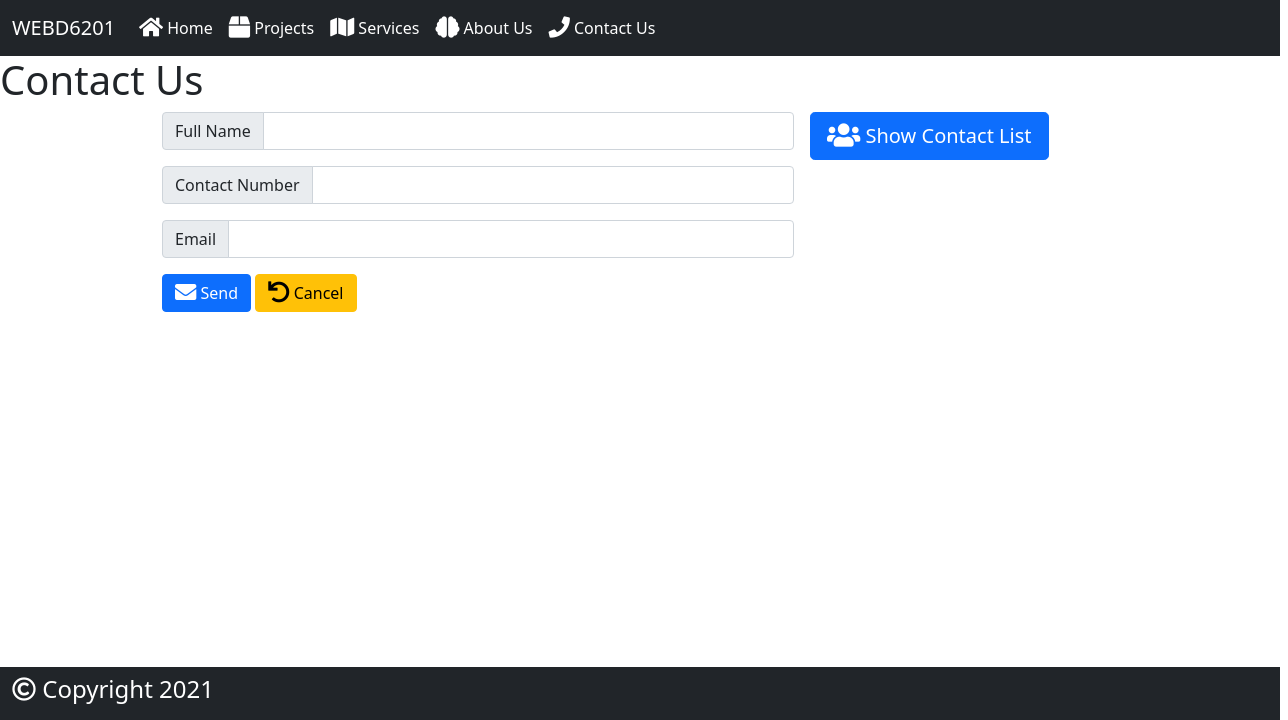
Repository: AshokSasi/WEBD6201-ASasi-JYuan-Lab2
Page: contact.html
These files come from the project's save history. The page is drawn as it stood at one moment and after the next save; the edit follows.
The browser window is 1280 px wide. The page is 1288 px wide, then 1280 px, so the pictures cover 1288 px, including what lies to the right of the window. The pictures show the whole page.

Above is the page before, as saved 2021-01-28 20:34:21.
Not found: Scripts/contact.js

### contact.html
<!DOCTYPE html>
<html lang="en">
<head>
    <meta charset="UTF-8">
    <meta name="viewport" content="width=device-width, initial-scale=1.0">
    <title>Contact Us</title>
    <!-- CSS Section-->
    <link rel="stylesheet" href="./Content/app.css">
    <link rel="stylesheet" href="./node_modules/bootstrap/dist/css/bootstrap.min.css">
    <link rel="stylesheet" href="./node_modules/@fortawesome/fontawesome-free/css/all.min.css">
</head>
<body>
  <!-- Main Header -->
  <header>
    <!--main navbar-->
      <nav class="navbar navbar-expand-lg navbar-dark bg-dark">
          <div class="container-fluid">
            <a class="navbar-brand" href="index.html">WEBD6201</a>
            <button class="navbar-toggler" type="button" data-bs-toggle="collapse" data-bs-target="#navbarSupportedContent" aria-controls="navbarSupportedContent" aria-expanded="false" aria-label="Toggle navigation">
              <span class="navbar-toggler-icon"></span>
            </button>
            <div class="collapse navbar-collapse" id="navbarSupportedContent">
              <ul class="navbar-nav me-auto mb-2 mb-lg-0">
                <li class="nav-item">
                  <a class="nav-link active" aria-current="page" href="index.html"><i class="fas fa-home fa-lg"></i> Home</a>
                </li>
                <li class="nav-item">
                  <a class="nav-link active" aria-current="page" href="projects.html"><i class="fas fa-box fa-lg"></i> Projects</a>
                </li>
                <li class="nav-item">
                  <a class="nav-link active" aria-current="page" href="services.html"><i class="fas fa-map fa-lg"></i> Services</a>
                </li>
                <li class="nav-item">
                  <a class="nav-link active" aria-current="page" href="about.html"><i class="fas fa-brain fa-lg"></i> About Us</a>
                </li>
                <li class="nav-item">
                  <a class="nav-link active" aria-current="page" href="contact.html"><i class="fas fa-phone fa-lg"></i> Contact Us</a>
                </li>
              </ul>

            </div>
          </div>
        </nav>
  </header>

    <!-- Main Content-->
    <main class="contactForm">
        <h1>Contact Us</h1>
       <div id="messageArea">

       </div>
        <!--Contact us form-->
        <div class="row justify-content-md-center g-3">
          <form class="col-lg-6 col-md-10 col-sm-10">

            <div class="input-group mb-3">
              <span class="input-group-text" id="inputGroup-sizing-default">Full Name</span>
              <input id= "fullName" type="text" class="form-control" aria-label="Full Name" aria-describedby="Full Name Input"
              name="fullName" required>
            </div>


            <div class="input-group mb-3">
              <span class="input-group-text" id="inputGroup-sizing-default">Contact Number</span>
              <input id= "contactNumber" type="tel" class="form-control" aria-label="Contact Number" aria-describedby="Contact Number Input"
              name="contactNumber" required>
            </div>

            <div class="input-group mb-3">
              <span class="input-group-text" id="inputGroup-sizing-default">Email</span>
              <input id= "emailAddress" type="email" class="form-control" aria-label="Email Address" aria-describedby="Email Address Input"
              name="emailAddress" required>
            </div>

            <button id="sendButton" type="submit" class="btn btn-primary"><i class="fas fa-envelope fa-lg"></i> Send</button>
            <button id="cancelButton" type="reset" class="btn btn-warning"><i class="fas fa-undo fa-lg"></i> Cancel</button>
          </form>

          <div class="col-lg-3 col-md-3">
            <a href="contact-list.html" class="btn btn-primary btn-lg"><i class="fas fa-users fa-lg"></i> Show Contact List</a>

          </div>
        </div>

    </main>

    <!--Main Footer Nav -->
    <!--Main Footer Nav -->
    <footer>
      <nav class="navbar fixed-bottom navbar-dark bg-dark">
          <div class="container-fluid">
            <h4 class="footerContent"><i class="far fa-copyright"></i> Copyright 2021</h4>
          </div>
        </nav>
  </footer>

    <!--Javascript section-->
    <script src="./Scripts/contact.js"></script>
    <script src="./Scripts/app.js"></script>
    <script src="./node_modules/jquery/dist/jquery.min.js"></script>
    <script src="./node_modules/bootstrap/dist/js/bootstrap.bundle.min.js"></script>
</body>
</html>

### Content/app.css
body.bg-image{
    background-image : url('../img/bg-img.png');
    background-repeat: no-repeat;
    background-attachment: fixed;
    background-size: 100% 100%;

}

.container{
    color: white;
    border-radius: 20px;
    width: 70%;
    height: 100px;
    margin: 50px auto;
    background: linear-gradient(35deg,#160b52,#2f55d1,#3d68f5)
  /*  background: linear-gradient(35deg,#160b52,#2f51be)*/
}
footer{
    color:white;
}

### Scripts/app.js
/* custom JavaScript goes here */

//IIFE - Immediately Invoked Function Expression
//AKA - Anonymous Self-Executing Function
//Closure - limits scope leak


"use strict";

(function()
{
function displayHome()
{

      // let paragraphOneText = "This is a simple site to demonstrate DOM Manipulation for ICE 1";

        //Different ways to select a paragraph element "paragraph one"
      //  let paragraphOneElement = document.getElementById("paragraphOne");

       // paragraphOneElement.textContent = paragraphOneText;
       // paragraphOneElement.className = "fs-5";

        // step 1. Create an element
     //   let newParagraph = document.createElement("p");
        //step 2. configure element
      //  newParagraph.setAttribute("id", "paragraphTwo");
       // newParagraph.textContent = "...And this is paragraph two";
       // //Step 3. select the parent element
      //  let mainContent = document.getElementsByTagName("main")[0];
        //step 4. Add/insert the element
      //  mainContent.appendChild(newParagraph);

        newParagraph.className = "fs-6";

        //////another way to add an element ///////
        //let paragraphThree =`<p class="fs-7 fw-bold">And this is the Third Paragraph</p>`;
        //mainContent.innerHTML = paragraphThree;

      //  let paragraphDiv = document.createElement("div");
       // let paragraphThree = `<p id="paragraphThree" class="fs-7 fw-bold">And this is the third paragraph</p>`
       // paragraphDiv.innerHTML = paragraphThree;

        //insertion before a node
        //newParagraph.before(paragraphDiv);
      //  newParagraph.after(paragraphDiv);

        //deletions
        //paragraphOneElement.remove();
      //  mainContent.removeChild(paragraphOneElement);

        //Update / modification of an element
        //mainContent.firstElementChild.textContent = "Welcome Home!";

      //  mainContent.innerHTML =
      //  `<h1 id="firstHeading">Welcome to WEBD6201 - Lab 1</h1>
      //  <p id="paragraphOne" class="fs-3 fw-bold">This is my first paragraph</p>`

}
function displayAbout()
{

}
function displayProjects()
{

}
function displayServices()
{

}

function displayContact()
{
    let messageArea = document.getElementById("messageArea");
    messageArea.hidden = true;
    //form validation
    let fullName = document.getElementById("fullName");
        fullName.addEventListener("blur", function()
        {
            if(fullName.value.length < 2)
            {
                fullName.focus();
                fullName.select();
                messageArea.hidden = false;
                messageArea.textContent = "Please enter an appropriate Name";
            }
            else
            {
                messageArea.removeAttribute("class");
                messageArea.hidden = true;
            }
        });


    let sendButton = document.getElementById("sendButton");
    sendButton.addEventListener("click", function(event)
    {
        //event.preventDefault();
        let contact = new Contact(fullName.value, contactNumber.value, emailAddress.value);

        if(contact.serialize())
        {
            localStorage.setItem((localStorage.length + 1).toString(), contact.serialize());
        }

    });
}


    function Start()
    {
        console.log("App Started...");

        switch(document.title)
        {
            case "Home":
                displayHome();
                break;
            case "About":
                displayAbout();
                break;
            case "Projects":
                displayProjects();
                break;
            case "Services":
                displayServices();
                break;
            case "Contact":
                displayContact();
                break;

        }

    }



    window.addEventListener("load", Start);

})();

Loaded but not shown: node_modules/bootstrap/dist/css/bootstrap.min.css (library); node_modules/@fortawesome/fontawesome-free/css/all.min.css (library); node_modules/jquery/dist/jquery.min.js (library); node_modules/bootstrap/dist/js/bootstrap.bundle.min.js (library)

After the next save:
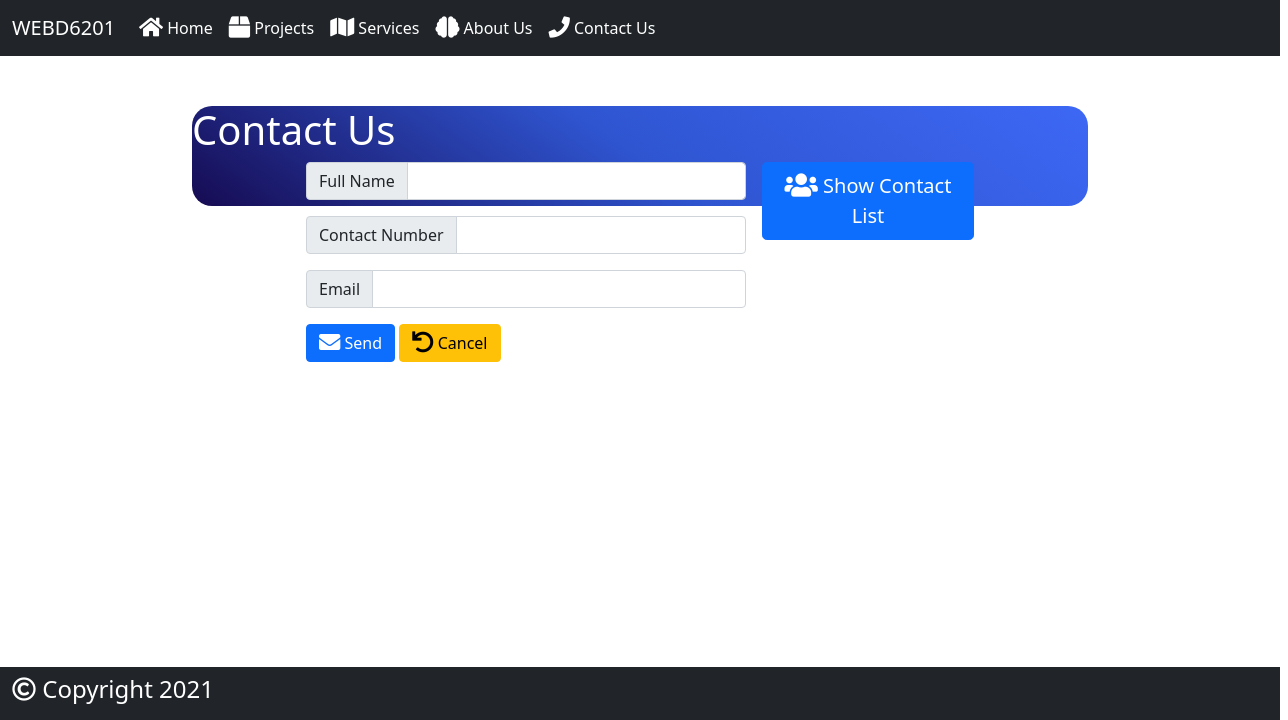
Saved 30 s later.
--- a/Content/app.css
+++ b/Content/app.css
@@ -5,7 +5,14 @@ body.bg-image{
     background-size: 100% 100%;
 
 }
-
+.contactForm{
+    color: white;
+    border-radius: 20px;
+    width: 70%;
+    height: 100px;
+    margin: 50px auto;
+    background: linear-gradient(35deg,#160b52,#2f55d1,#3d68f5)
+}
 .container{
     color: white;
     border-radius: 20px;
